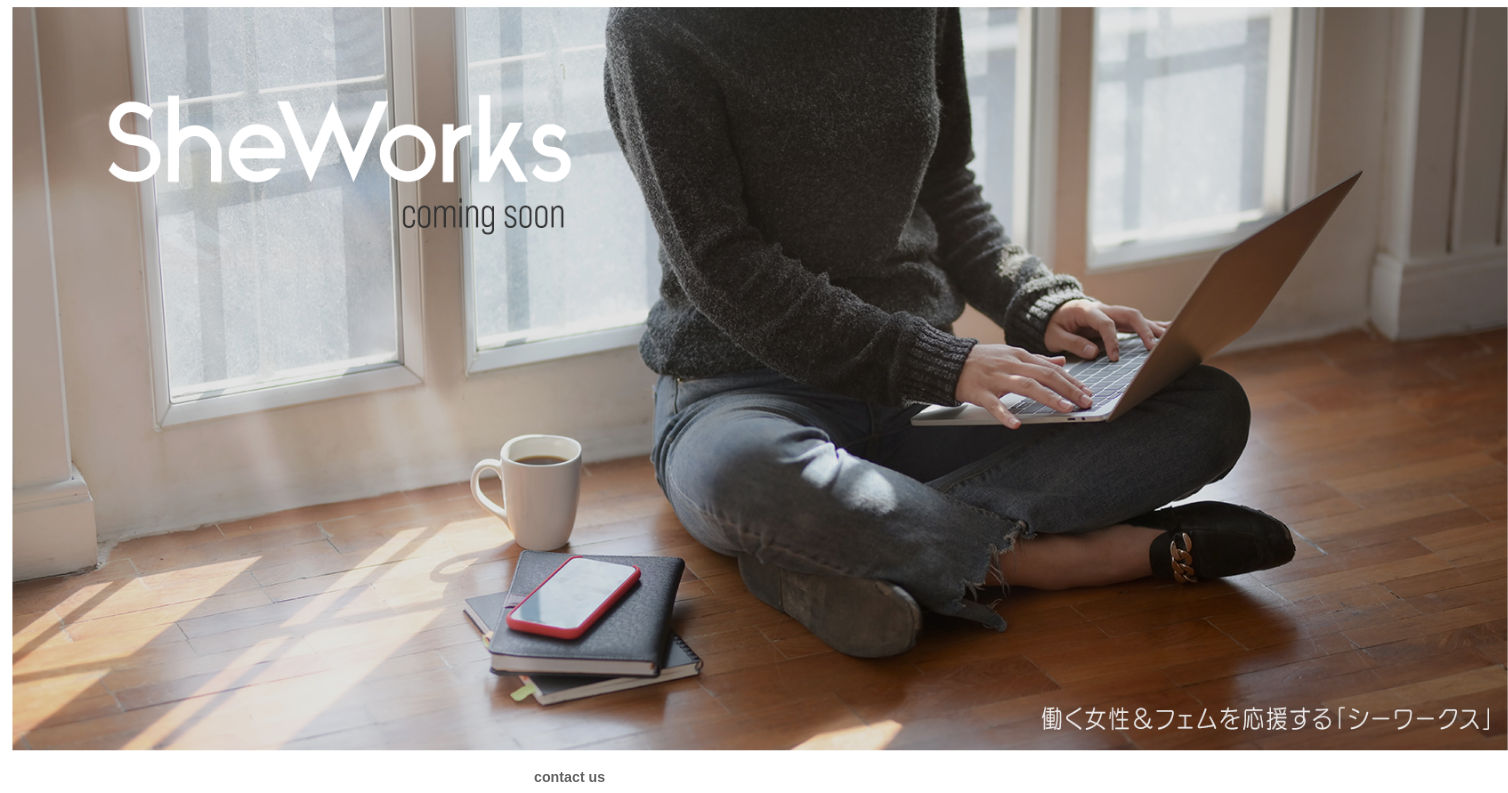
Repository: sheworks/sheworks.github.io
Page: index.html
The author's editor kept a record of every edit. The page is drawn from the files as they stood at one moment, then again after the next edit.
The browser window is 1280 px wide. The page is 1694 px wide, then 1280 px, so the pictures cover 1694 px, including what lies to the right of the window. The pictures show the whole page, at 89% of full size.

Above is the page before.

After the next edit:
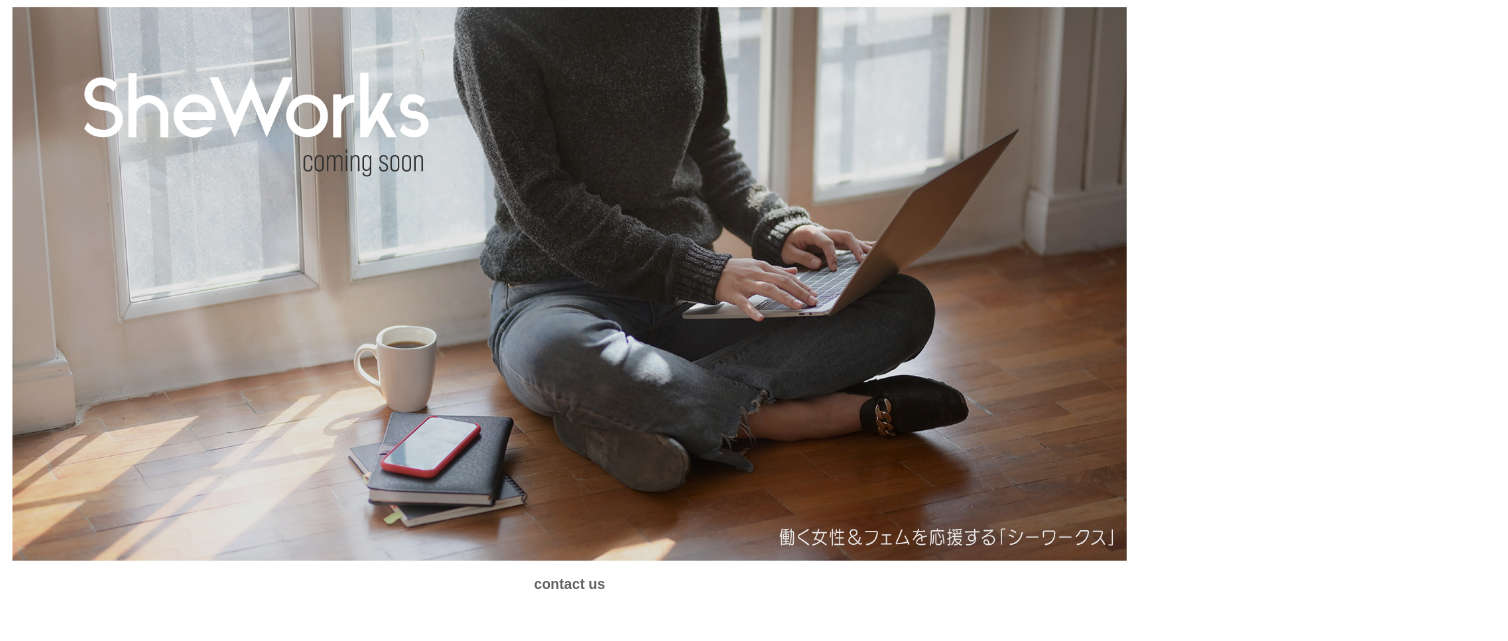
The edit:
--- a/index.html
+++ b/index.html
@@ -8,9 +8,8 @@
         <link rel="stylesheet" href="style.css" type="text/css" />
     </head>
     <body>
-        <div class="center">
-            <img src="placeholder.png" alt="SheWorks: coming soon">
-            <br>
+        <div>
+            <img src="placeholder.png" alt="SheWorks: coming soon"  class="center">
             <br>
             <a href="mailto:sheworksjp[@]gmail[.]com">contact us</a>
         </div>
